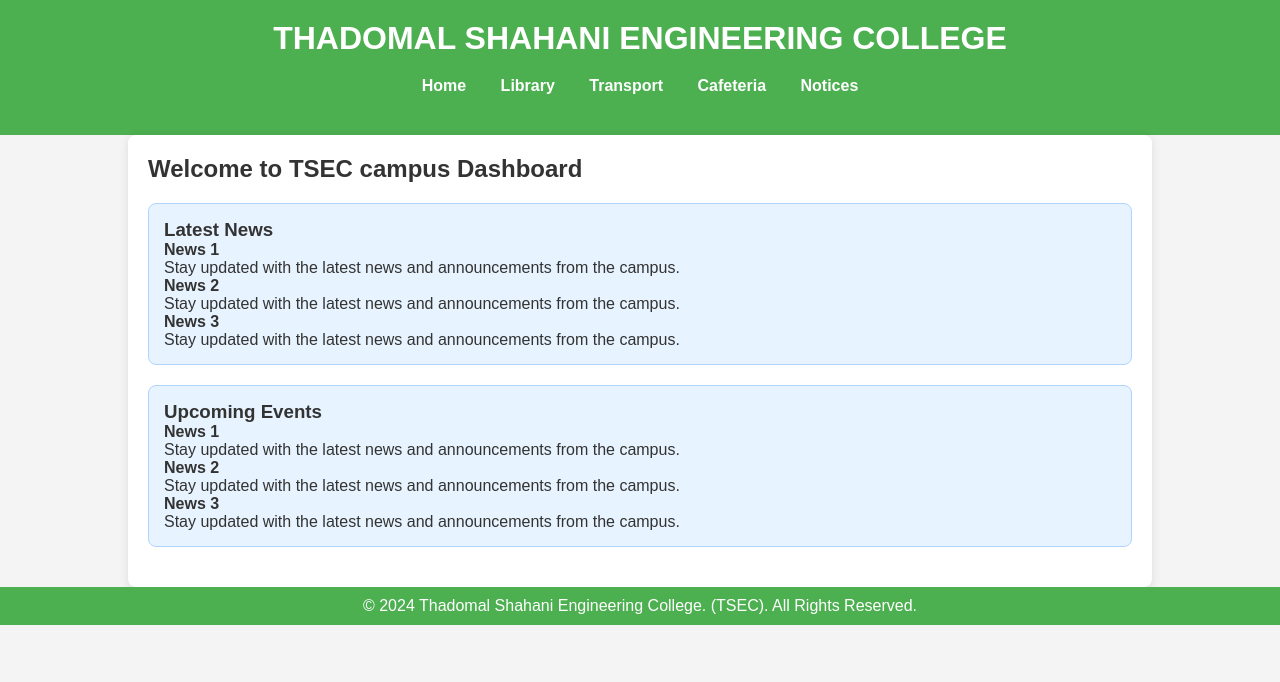
Repository: TejasS1233/MINITHON-hackathon-project
Page: Omar.html
These files come from the project's save history. The page is drawn as it stood at one moment and after the next save; the edit follows.
The browser window is 1280 px wide. The pictures show the whole page.

Above is the page before, as saved 2024-09-20 09:04:51.

### Omar.html
<!DOCTYPE html>
<html lang="en">
<head>
    <meta charset="UTF-8">
    <meta name="viewport" content="width=device-width, initial-scale=1.0">
    <title>HOME | TSEC</title>
    <link rel="stylesheet" href="styles.css">
    <style>
        body {
            font-family: Arial, sans-serif;
            background-color: #f4f4f4;
            margin: 0;
            padding: 0;
        }
        header {
            background-color: #4CAF50;
            color: white;
            padding: 20px;
            text-align: center;
        }
        nav {
            margin: 20px 0;
        }
        nav a {
            margin: 0 15px;
            color: #ffffff;
            font-weight: bold;
            text-decoration: none;
        }
        .container {
            width: 80%;
            margin: auto;
            padding: 20px;
            background: white;
            border-radius: 8px;
            box-shadow: 0 2px 10px rgba(0, 0, 0, 0.1);
        }
        .card {
            background: #e7f3fe;
            border: 1px solid #b1d4fe;
            border-radius: 8px;
            margin: 20px 0;
            padding: 15px;
        }
        footer {
            text-align: center;
            padding: 10px 0;
            background-color: #4CAF50;
            color: white;
            position: relative;
            bottom: 0;
            width: 100%;
        }
    </style>
</head>
<body>

<header>
    <h1>THADOMAL SHAHANI ENGINEERING COLLEGE</h1>
    <nav>
        <a href="#">Home</a>
        <a href="#">Library</a>
        <a href="#">Transport</a>
        <a href="#">Cafeteria</a>
        <a href="#">Notices</a>
    </nav>
</header>

<div class="container">
    <h2>Welcome to TSEC campus Dashboard</h2>

    <div class="card">
        <h3>Latest News</h3>
        <h4>News 1</h4>
        <p>Stay updated with the latest news and announcements from the campus.</p>
        <h4>News 2</h4>
        <p>Stay updated with the latest news and announcements from the campus.</p>
        <h4>News 3</h4>
        <p>Stay updated with the latest news and announcements from the campus.</p>
    </div>

    <div class="card">
        <h3>Upcoming Events</h3>
        <h4>News 1</h4>
        <p>Stay updated with the latest news and announcements from the campus.</p>
        <h4>News 2</h4>
        <p>Stay updated with the latest news and announcements from the campus.</p>
        <h4>News 3</h4>
        <p>Stay updated with the latest news and announcements from the campus.</p>
    </div>

    </div>
</div>

<footer>
    <p>&copy; 2024 Thadomal Shahani Engineering College. (TSEC). All Rights Reserved.</p>
</footer>

</body>
</html>

### styles.css
* {
    margin: 0;
    padding: 0;
    box-sizing: border-box;
}

body {
    font-family: 'Arial', sans-serif;
    background-color: white;
    color: #333;
}


.announcement-heading {
    background-color: turquoise;
    color: white;
    padding: 20px 0;
    text-align: center;
    margin-bottom: 20px;
}

.announcement {
    background-color: rgb(220, 64, 7);
    padding: 20px;
    border-radius: 5px;
    box-shadow: 0 2px 10px rgba(0, 0, 0, 0.5);
    margin-bottom: 20px;
    margin-left: 20px;
}

.announcement h2 {
    font-size: 2em;
    margin-bottom: 15px;
}

.announcement p {
    margin-bottom: 10px;
    font-size: 1.1em;
}

.cta-button {
    display: inline-block;
    background-color: #4CAF50;
    color: white;
    padding: 10px 20px;
    text-decoration: none;
    border-radius: 5px;
    margin-top: 10px;
    font-weight: bold;
    transition: background-color 5;
}

.cta-button:hover {
    background-color: #45a049;
    cursor: pointer;
}


footer {
    text-align: center;
    padding: 20px 0;
    background-color: #333;
    color: white;
    position: fixed;
    width: 100%;
    bottom: 0;
}

After the next save:
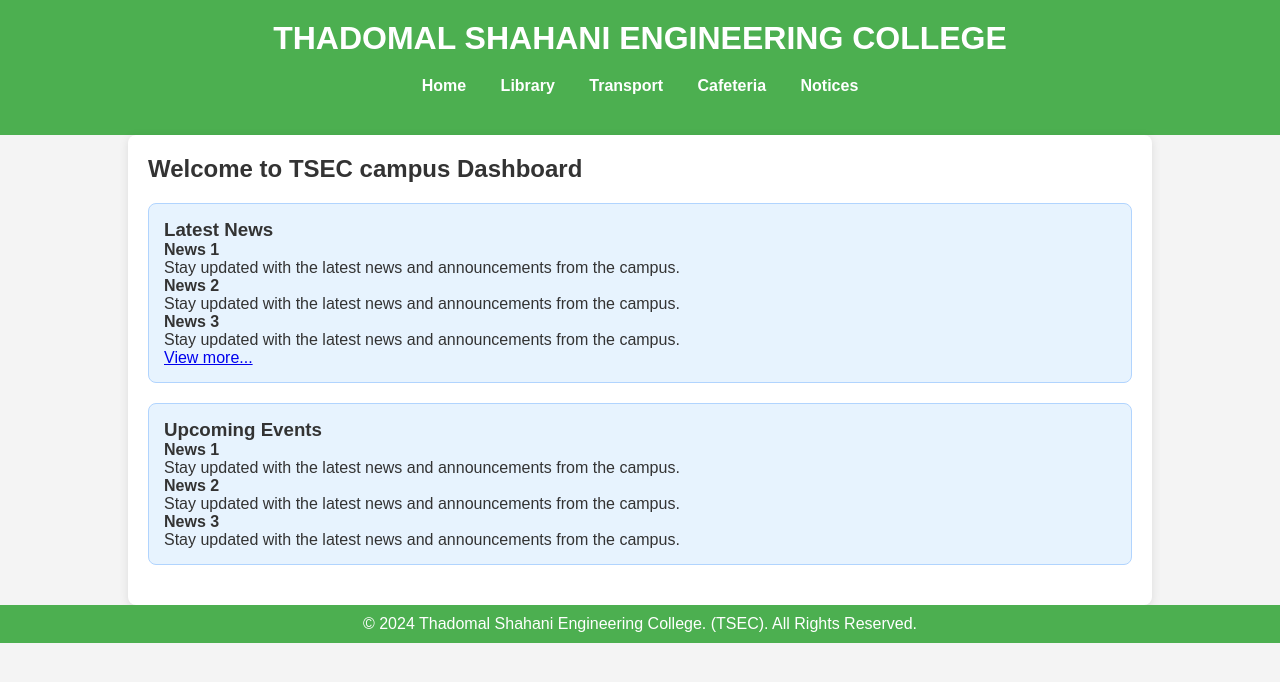
Saved 47 s later.
--- a/Omar.html
+++ b/Omar.html
@@ -77,6 +77,7 @@
         <p>Stay updated with the latest news and announcements from the campus.</p>
         <h4>News 3</h4>
         <p>Stay updated with the latest news and announcements from the campus.</p>
+        <a href="#">View more...</a>
     </div>
 
     <div class="card">
